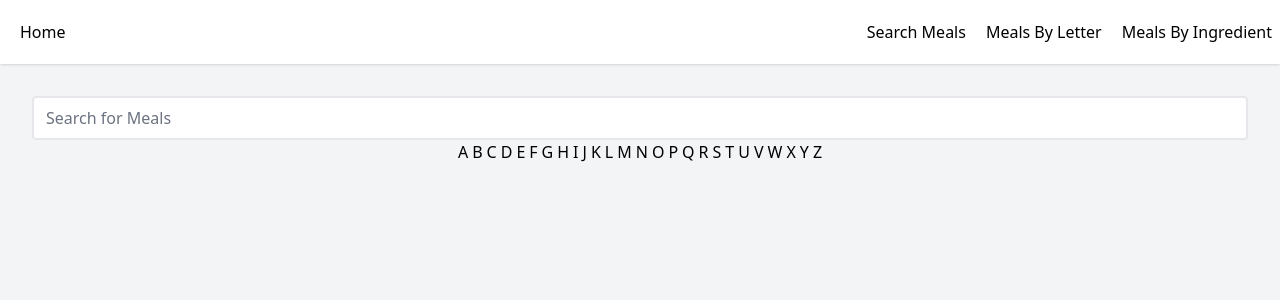
Repository: HalemX/meals
Page: /
An editor plug-in stored every save of this project. The page is shown before and after the next save, followed by the edit.
The browser window is 1280 px wide. The pictures show the whole page.
The page's requests for data from a server got no answer. The project was rebuilt for these pictures with package versions that can differ from the ones it lists, and the page was loaded fresh each time. No one was signed in, and anything a server would have sent is missing. Also part of the build but not shown: vite.config.js. Imported but missing from the stored project, and not drawn on this page: src/pages/MealsByLetters.vue.

Above is the page before, as saved 2024-02-08 17:41:43.

After the next save:
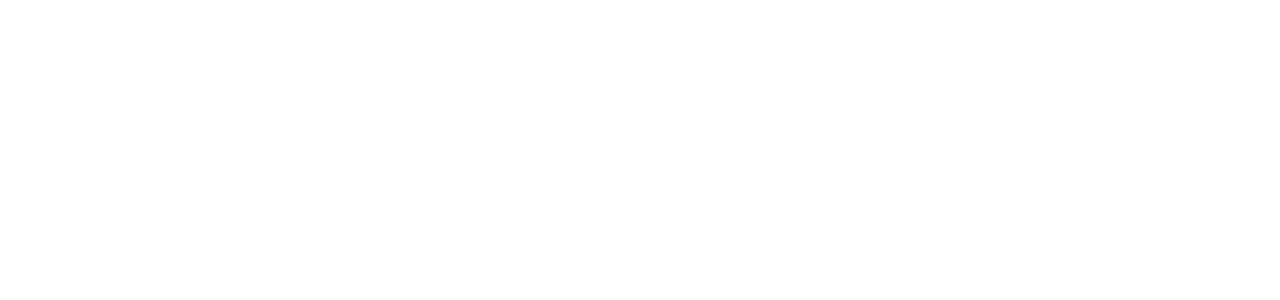
Console error (its wording comes from the project's code and is left out).
Saved 28 s later.
--- a/src/router/index.js
+++ b/src/router/index.js
@@ -35,6 +35,9 @@
       },
     ],
   },
+  {
+    path: "login",
+  },
 ];
 
 const router = createRouter({

After the 3 saves that followed:
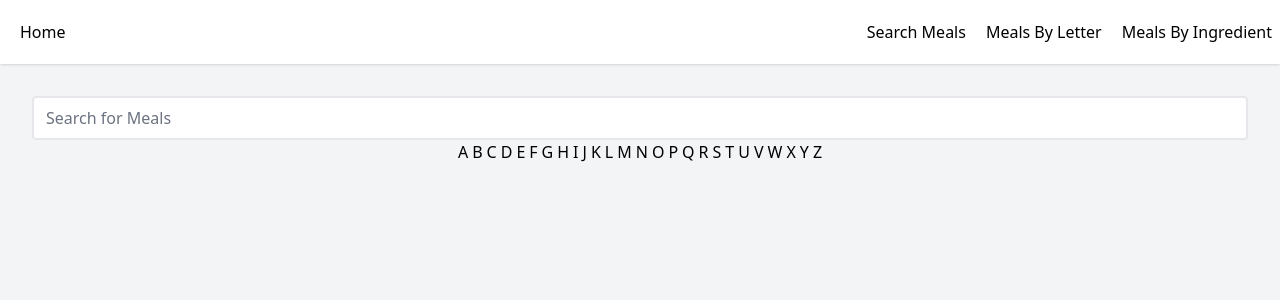
The error is gone.
The 3 saves are shown as one change because 2 left the picture as it was.
The last was saved 115 s later.
--- a/src/router/index.js
+++ b/src/router/index.js
@@ -28,15 +28,18 @@
         name: "byIngredient",
         component: MealsByIngredient,
       },
+    ],
+  },
+  {
+    path: "/login",
+    component: GuestLayout,
+    children: [
       {
         path: "/by-name/:name?",
         name: "byName",
         component: MealsByName,
       },
     ],
-  },
-  {
-    path: "login",
   },
 ];
 
